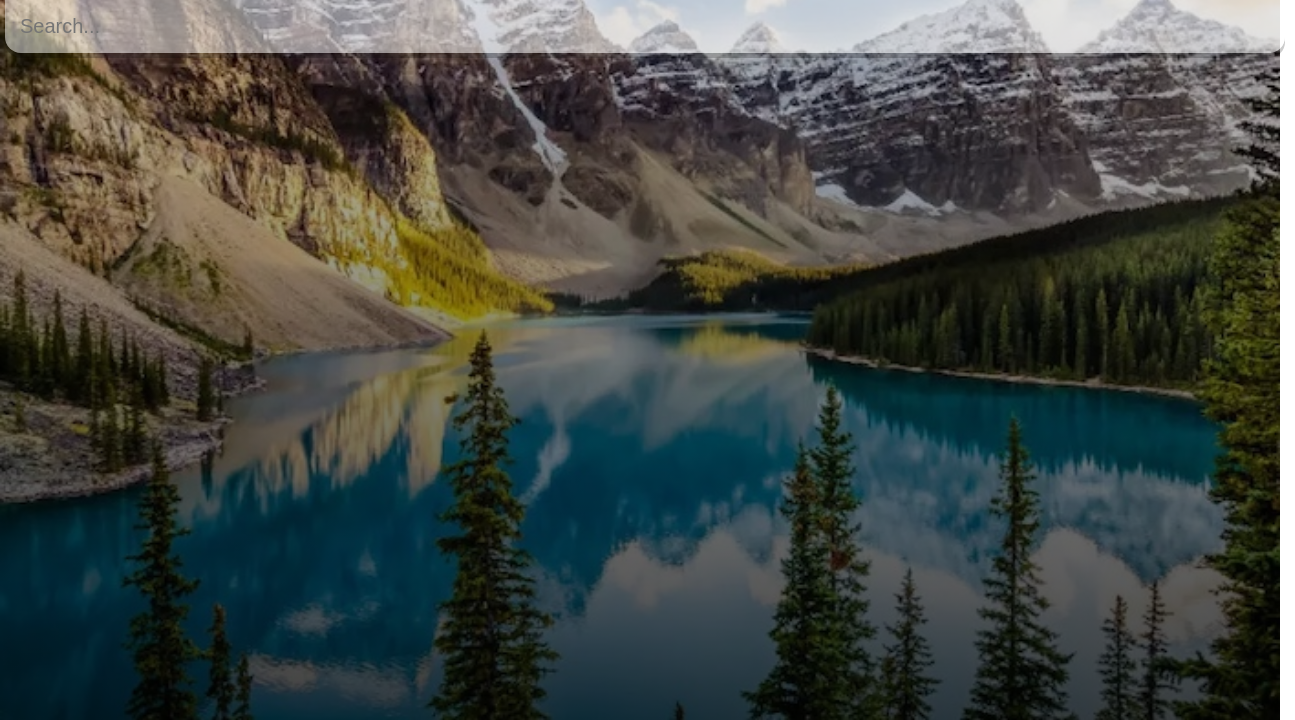
Repository: K-TT/WeatherApp
Page: /
An editor plug-in stored every save of this project. The page is shown before and after the next save, followed by the edit.
The browser window is 1280 px wide. The page is 1285 px wide, then 1295 px, so the pictures cover 1295 px, including what lies to the right of the window. The pictures show the whole page.
The project was rebuilt for these pictures with package versions that can differ from the ones it lists, and the page was loaded fresh each time.

Above is the page before, as saved 2022-01-13 23:17:16.

### src/index.css
* {
    margin: 0;
    padding: 0;
    box-sizing: border-box;
}

body {
    font-family: sans-serif;
}

.app {
    background-image: url(./assets/snowy_mountains.jpeg);
    background-size: cover;
    background-position: bottom;
    transition: 0.4 case-out;
}

.app.warm {
    background-image: url(./assets/summer_mountains.jpg);
}

main {
    min-height: 100vh;
    background-image: linear-gradient(to bottom, rgba(0, 0, 0, 0.2), rgba(0, 0, 0, 0.75))
}

.search-box {
    width: 100%;
    margin: 0 0 75px;
}

.search-box .search-bar {
    display: block;
    width: 100%;
    padding: 15px;
    appearance: none;
    background: none;
    border: none;
    outline: none;
    background-color: rgba(255, 255, 255, 0.5);
    border-radius: 0px 0px 16px 16px;
    margin: 0px 5px 0px 5px;
    box-shadow: 0px 5px rgba(0, 0, 0, 0.2);
    color: #313131;
    font-size: 20px;
    transition: 0.4s ease;
}

.search-box .search-bar:focus {
    background-color: rgba(255, 255, 255, 0.75);
}

### src/App.js
import React from 'react';
const api = {
  key: "9820c5639a4f86f59ebb8b89ceffe3b0",
  base: "https://api.openweathermap.org/data/2.5/"
}

function App() {
  return (
    <div className="app warm">
      <main>
        <div className="search-box">
          <input
            type="text"
            className="search-bar"
            placeholder="Search..."
          />
        </div>
      </main>
    </div>
    );
}

export default App;

Loaded but not shown: public/index.html (common file); src/index.js (common file); src/reportWebVitals.js (common file)

After the next save:
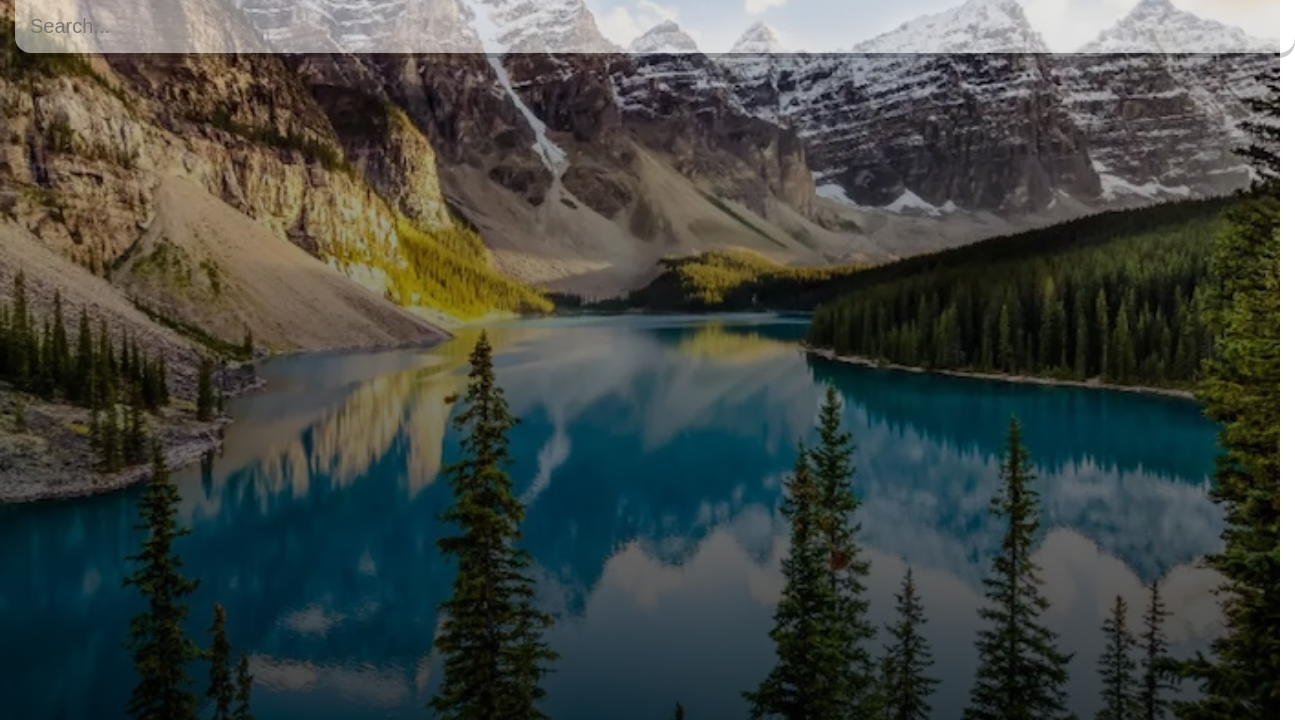
Saved 10 s later.
--- a/src/index.css
+++ b/src/index.css
@@ -39,7 +39,7 @@ main {
     outline: none;
     background-color: rgba(255, 255, 255, 0.5);
     border-radius: 0px 0px 16px 16px;
-    margin: 0px 5px 0px 5px;
+    margin: 0px 15px 0px 15px;
     box-shadow: 0px 5px rgba(0, 0, 0, 0.2);
     color: #313131;
     font-size: 20px;
